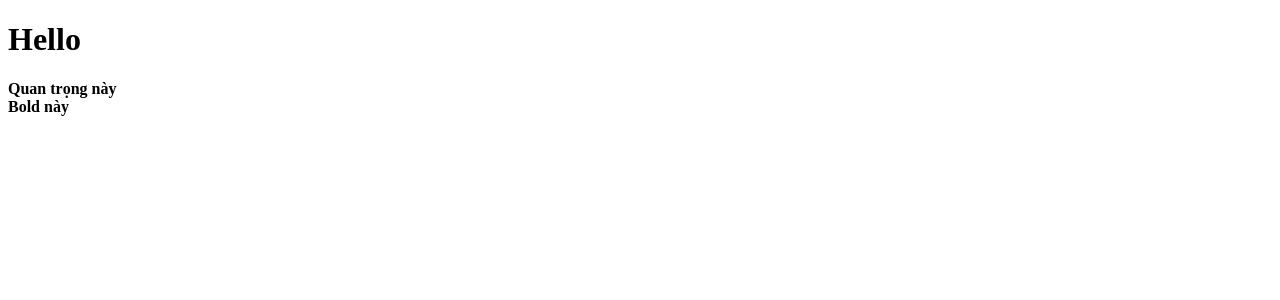
Repository: huyennvo/ptcudw
Page: lesson2/index.html
The author's editor kept a copy of each file at every save. The page is drawn from the files as they stood at one save, then again after the next save.
The browser window is 1280 px wide. The pictures show the whole page.

Above is the page before, as saved 2022-08-08 08:05:14.

### lesson2/index.html
<!DOCTYPE html>
<!-- đọc file html -->
<html lang="en">
    <!-- bắt đầu thẻ html -->
<head>
    <!-- phần đầu -->
    <meta charset="UTF-8">
    <!-- hiển thị tiếng việt -->
    <meta http-equiv="X-UA-Compatible" content="IE=edge">
    <meta name="viewport" content="width=device-width, initial-scale=1.0">
    <!-- Mô tả hoặc các liên kết khác -->
    <title>Hello Lập trình Web</title>
    <!-- tiêu đề tài liệu -->
</head>
<body>
    <!-- phần thân -->
    <!-- gồm nội dung chính -->
    <h1>Hello</h1>
    <!--Nội dung content-->
    <strong>Quan trọng này</strong>
    <br>
    <b>Bold này</b>
</body>
</html>

After the next save:
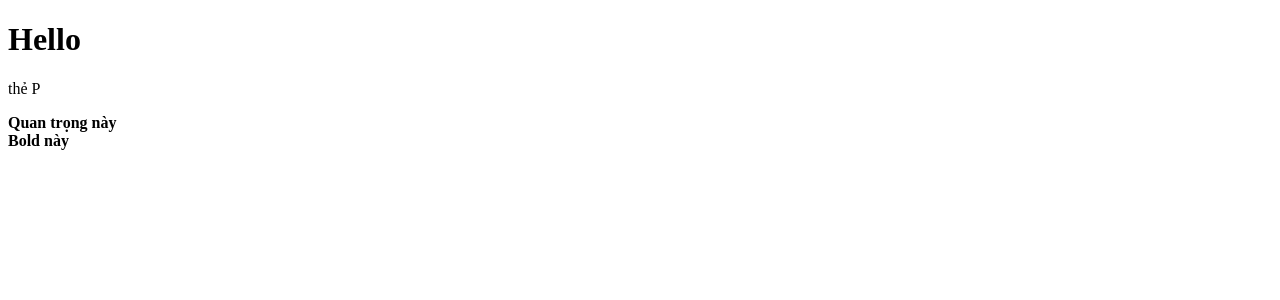
Saved 14 s later.
--- a/lesson2/index.html
+++ b/lesson2/index.html
@@ -17,6 +17,7 @@
     <!-- gồm nội dung chính -->
     <h1>Hello</h1>
     <!--Nội dung content-->
+    <p>thẻ P</p>
     <strong>Quan trọng này</strong>
     <br>
     <b>Bold này</b>
